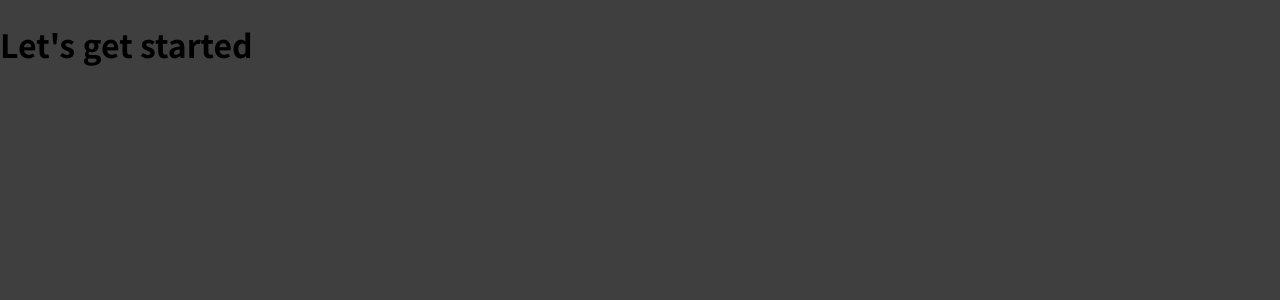
Repository: runner855/expense-tracker
Page: /
These files come from the project's save history. The page is drawn as it stood at one moment and after the next save; the edit follows.
The browser window is 1280 px wide. The pictures show the whole page.
The project was rebuilt for these pictures with package versions that can differ from the ones it lists, and the page was loaded fresh each time.

Above is the page before, as saved 2022-09-02 10:36:46.

### src/App.js
import React from 'react';


const App = () => {
  return (
    <div className="App">
      <h1>Let's get started</h1>
    </div>
  );
}

export default App;

Loaded but not shown: public/index.html (common file); src/index.js (common file); src/index.css (common file)

After the next save:
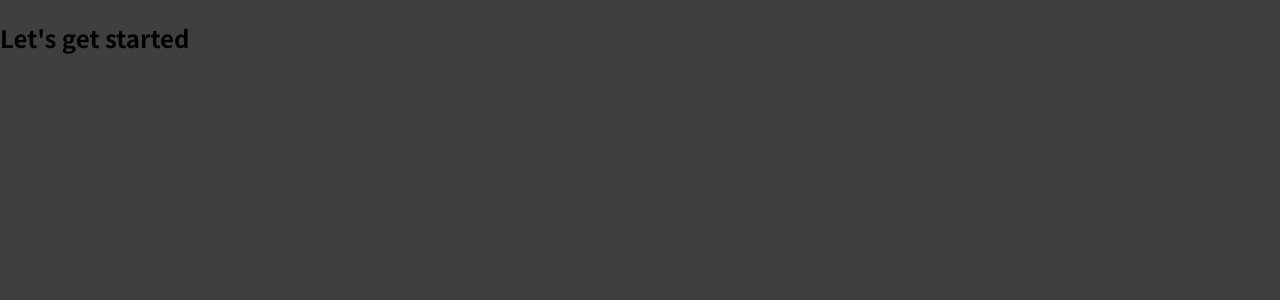
Saved 8 min 19 s later.
--- a/src/App.js
+++ b/src/App.js
@@ -4,7 +4,7 @@ import React from 'react';
 const App = () => {
   return (
     <div className="App">
-      <h1>Let's get started</h1>
+      <h2>Let's get started</h2>
     </div>
   );
 }
